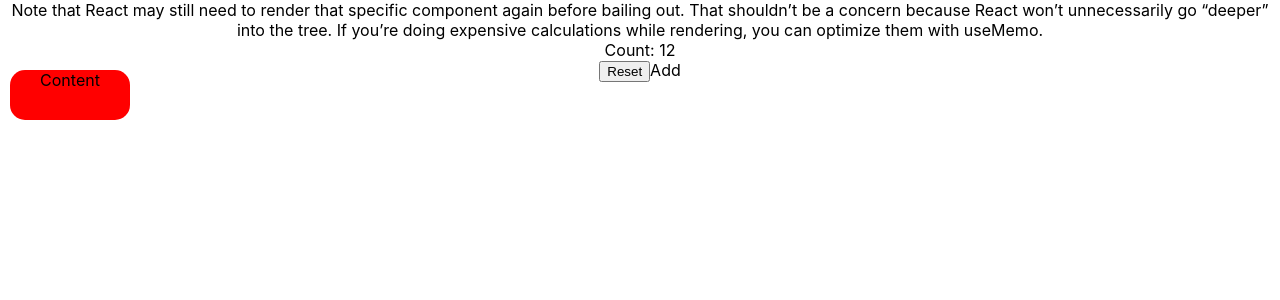
Repository: Farbod29/React-text-highlighter-with-hook-
Page: /
These files come from the project's save history. The page is drawn as it stood at one moment and after the next save; the edit follows.
The browser window is 1280 px wide. The pictures show the whole page.
The project was rebuilt for these pictures with package versions that can differ from the ones it lists, and the page was loaded fresh each time.

Above is the page before, as saved 2022-02-18 21:05:00.

After the next save:
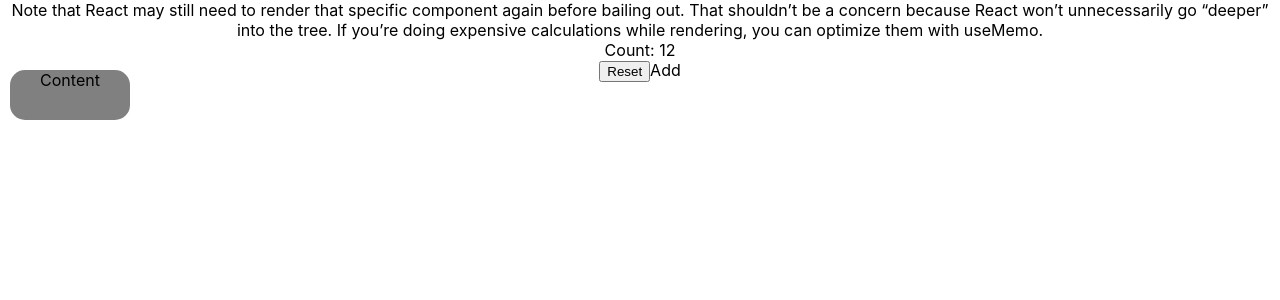
Saved 6 s later.
--- a/src/highlighter.js
+++ b/src/highlighter.js
@@ -27,7 +27,7 @@ export default function Highlighter() {
             width: '100px',
             margin: '10px',
             borderRadius: '15px',
-            backgroundColor: 'red',
+            backgroundColor: 'gray',
             inline: true,
             textAlign: 'center',
           }}
